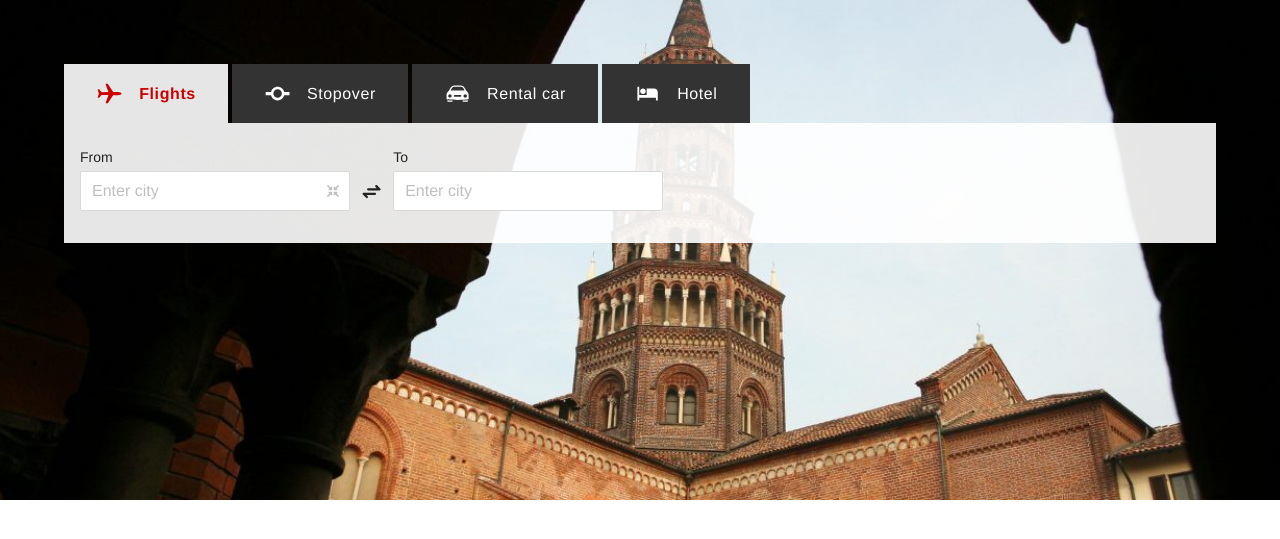
Repository: guidogr95/Everymundo-Excercise
Page: /
These files come from the project's save history. The page is drawn as it stood at one moment and after the next save; the edit follows.
The browser window is 1280 px wide. The pictures show the whole page.
The project was rebuilt for these pictures with package versions that can differ from the ones it lists, and the page was loaded fresh each time. Also part of the build but not shown: src/components/CustomSpin/customspin.scss.

Above is the page before, as saved 2021-07-01 17:17:12.

After the next save:
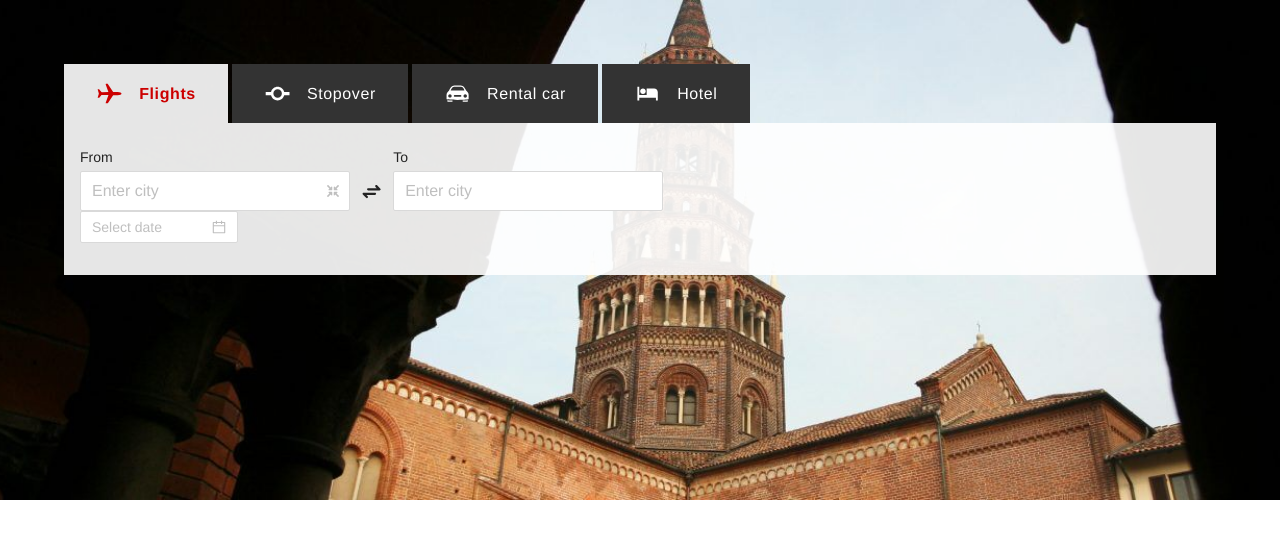
Saved 1 s later.
--- a/src/components/BookingMask/FlightsTab/index.jsx
+++ b/src/components/BookingMask/FlightsTab/index.jsx
@@ -1,9 +1,10 @@
+import { useRef } from 'react'
 // assets
 import { CgArrowsExchange } from 'react-icons/cg'
 import { FaCompressArrowsAlt } from 'react-icons/fa'
 // components
-import { useRef } from 'react'
 import AirportInput from './AirportInput'
+import DateInput from './DateInput'
 
 import './flightstab.scss'
 
@@ -34,6 +35,10 @@ const FlightsTab = ({ name, activeTab }) => {
           showArrow={false}
         />
       </div>
+      <div className="bookingmask__flight--date" >
+        <DateInput
+        />
+      </div>
     </div>
   )
 }
